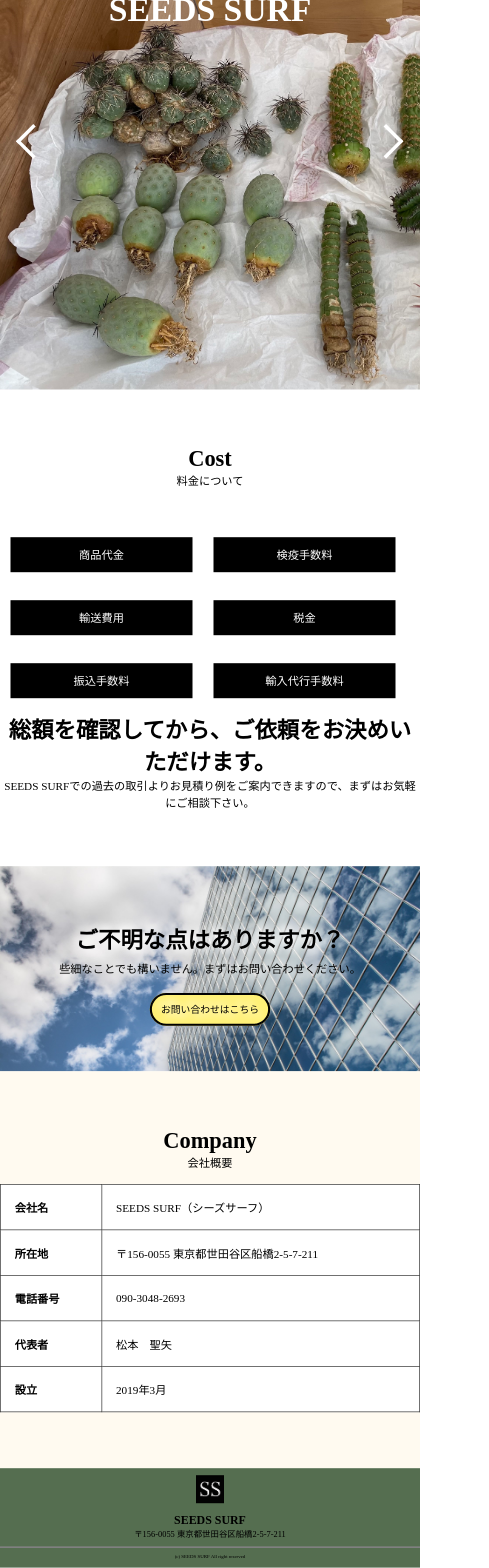
Repository: Seiya00002/seeds-surf-lp
Page: index.html
The author's editor kept a copy of each file at every save. The page is drawn from the files as they stood at one save, then again after the next save.
The browser window is 600 px wide. The page is 698 px wide, so the pictures cover 698 px, including what lies to the right of the window. The pictures show the part of the page from y = 2508 to 4748 px (the page is 4748 px tall before and 4728 px after), at 70% of full size.

Above is the page before, as saved 2023-07-19 10:15:12.

### index.html
<!DOCTYPE html>
<html lang="ja">
<head>
    <meta charset="UTF-8">
    <meta http-equiv="X-UA-Compatible" content="IE=edge">
    <meta name="viewport" content="width=device-width, initial-scale=1.0,
    minimum-scale=1, maximum-scale=1, user-scalable=no">
    <title>輸入代行SEEDS SURF</title>
    <link rel="stylesheet" href="css/style.css">
</head>
<body>
    <header>
        <div class="header_left">
            <img src="img/sslogo.jpg"
                alt="logo"
                width="40"
                height="40"
                class="logo">
            <h1>植物専門・輸入代行</h1>

        </div>
        <!-- <div class="header_right">
            <img src="img/tel_logo.png"
                alt="tel_logo"
                width="35"
                height="35"
                class="tel_logo">
            <div class="header_contact">
                <h2>090-3048-2693</h2>
                <p>（平日9:00 ~ 18:00）</p>
            </div>
        </div> -->
    </header>

    <main>
        <div class="top_wrapper">
            <div class="container">
                <div class="hero_message">
                    <div class="calculation-app">
                        <h2>お見積り計算シュミレーション</h2>

                            <p>仕入れ先の地域を選択して下さい。</p>
                            <form name="form1">
                                <select name="place">
                                    <option value="1.3">北米</option>
                                    <option value="1.2">ヨーロッパ</option>
                                    <option value="1">アジア</option>
                                </select>
                            </form>

                            <p>箱のサイズの予想を選択して下さい。</p>
                            <form name="form2">
                                <select name="box">
                                    <option value="18350">15kg</option>
                                    <option value="13350">10kg</option>
                                    <option value="8150">5kg</option>
                                </select>
                            </form>
                            <p>およその商品代金を入力して下さい。</p>
                            <label>￥</label><input
                            type="text"
                            id="price"
                            value=""
                            placeholder="金額を入力して下さい"
                            maxlength="7"
                            size="19"
                            ></label>

                            <br>
                            <br>
                            <div class="btn-box">
                                <button id="button">計算Go!!</button>
                            </div>
                    </div>
                </div>
            </div>
        </div>


        <!-- 見積り表 -->
    <div id="estimate_table" class="estimate_wrapper">
        <div class="container">
            <h3>予想お見積り表</h3>
            <table align="center" class="estimate">
                <tr>
                    <th>商品代金</th>
                    <td>¥<span id="span2"></span></td>
                </tr>
                <tr>
                    <th>検疫手数料</th>
                    <td>¥<span id="span3"></span></td>
                </tr>
                <tr>
                    <th>送料</th>
                    <td>¥<span id="span4"></span></td>
                </tr>
                <tr>
                    <th>弊社代行手数料</th>
                    <td>¥<span id="span5"></span></td>
                </tr>
                <tr>
                    <th>海外送金手数料</th>
                    <td>¥<span id="span6"></span></td>
                </tr>
                <tr>
                    <th>税金</th>
                    <td>¥<span id="span7"></span></td>
                </tr>
                <tr>
                  <th class="total">合計</th>
                  <th class="total">¥<span id="span1"></span></th>
              </tr>
            </table>
            <h4>詳しくは下記の「Cost」欄をご覧下さい。</h4>
        </div>
    </div>
        <div class="top_message">
            <div class="container">
                <div class="message">
                    <h1>植物専門の輸入代行とは</h1>
                    <p><img class="check" src="./img/check_icon.png"> 観葉植物などで検疫やワシントン条約に関わる特殊なお手続きを代行いたします。
                        <br><img class="check" src="./img/check_icon.png"> 言語や情報の壁のある現地業社との交渉から購買代行ご対応いたします。
                        <br><img class="check" src="./img/check_icon.png"> 仕入れ先の現地優良業社をご紹介いたします。
                    </p>

                </div>
            </div>
        </div>

        <div class="project_wrapper">
            <div class="container">
                <div class="projects">
                    <div class="project">
                        <div class="project_icon">
                            <img src="img/project_imag1.jpg">
                            <h2>「迅速・柔軟サービス」</h2>
                        </div>
                        <p class="text_contents">フットワークの軽いスタッフが、柔軟にお客様のご要望にご対応いたします。大変な植物の特殊なお手続きを出来る限りスムーズなお取引きを実現いたします。</p>

                    </div>
                    <div class="project">
                        <div class="project_icon">
                            <img src="img/pro_airport.jpg">
                            <h2>「全世界対応」</h2>
                        </div>
                        <p class="text_contents">全地域の現地業社との交渉、購買手続きにご対応いたします。</p>

                    </div>
                    <div class="project">
                        <div class="project_icon">
                            <img src="img/project_img3.jpg">
                            <h2>「現地企業のご紹介サービス」</h2>
                        </div>
                        <p class="text_contents">私たちは信頼出来る優良な業者様とお付き合いがございます。お取引き業者をお持ちでない方も、今すぐ輸入事業を始めることが出来ます。</p>
                    </div>
                        <div class="clear"></div>

                </div>
            </div>
        </div>
        <div class="service_wrapper">
            <div class="container">
                <div class="service_heading">
                    <h1>Frow</h1>
                    <p>輸入取引の流れ</p>
                </div>
                <div class="step">
                    <img src="img/person_img.png"
                    class="step_icon">
                    <div class="step_cont">
                        <h2>Step 1</h2>
                        <p>現地企業交渉</p>
                    </div>
                </div>
                <img src="img/down_img.png" class="step_icon2">

                <div class="step">
                    <img src="img/cal_img.png"
                    class="step_icon">
                    <div class="step_cont">
                        <h2>Step 2</h2>
                        <p>お見積り</p>
                    </div>
                </div>
                <img src="img/down_img.png" class="step_icon2">

                <div class="step">
                    <img src="img/bank_img.png"
                    class="step_icon">
                    <div class="step_cont">
                        <h2>Step 3</h2>
                        <p>お支払い</p>
                    </div>
                </div>
                <img src="img/down_img.png" class="step_icon2">
                <div class="step">
                    <img src="img/airp_imag.png"
                    class="step_icon">
                    <div class="step_cont">
                        <h2>Step 4</h2>
                        <p>発送</p>
                    </div>
                </div>
                <img src="img/down_img.png" class="step_icon2">
                <div class="step">
                    <img src="img/drivery_img.png"
                    class="step_icon">
                    <div class="step_cont">
                        <h2>Step 5</h2>
                        <p>お受取り</p>
                    </div>
                </div>
            </div>
        </div>

        <!-- スライドショー -->
        <div class="slide_wrapper">
            <div id="slide" class="slideshow">
                <p class="disc">SEEDS SURF</p>
                <a class="arrow next" id="right" href="#"></a>
                <a class="arrow back" id="left" href="#"></a>
            </div>
        </div>

        <div class="cost_wrapper">
            <div class="container">
                <div class="cost_heading">
                    <h1>Cost</h1>
                    <p>料金について</p>
                </div>
                <div class="cost_cont">
                    <div class="list01">
                        <p>商品代金</p>
                    </div>
                    <div class="list01">
                        <p>検疫手数料</p>
                    </div>
                    <div class="list01">
                        <p>輸送費用</p>
                    </div>
                    <div class="list02">
                        <p>税金</p>
                    </div>
                    <div class="list02">
                        <p>振込手数料</p>
                    </div>
                    <div class="list02">
                        <p>輸入代行手数料</p>
                    </div>
                    <!-- <div class="clear"></div> -->
                </div>
                <div class="cost_message">
                    <h1>総額を確認してから、ご依頼をお決めいただけます。</h1>
                    <p>SEEDS SURFでの過去の取引よりお見積り例をご案内できますので、まずはお気軽にご相談下さい。</p>
                </div>
            </div>
        </div>
        <div class="contact_wrapper">
            <div class="container">
                <h1>ご不明な点はありますか？</h1>
                <p>些細なことでも構いません。まずはお問い合わせください。</p>
                <a href="https://seeds-surf.com/%e3%81%8a%e5%95%8f%e3%81%84%e5%90%88%e3%82%8f%e3%81%9b/" class="btn contact">お問い合わせはこちら</a>
                <!-- <h2>TEL : 090-3048-2693</h2> -->
                <!-- <p>メールフォームよりお問い合わせ下さい。<br>営業時間：平日10：00〜19：00</p> -->
            </div>
        </div>
        <div class="company_wrapper">
            <div class="container">
                <h1>Company</h1>
                <p>会社概要</p>
                <table align="center" class="company">
                    <tr>
                        <th>会社名</th>
                        <td>SEEDS SURF（シーズサーフ）</td>
                    </tr>
                    <tr>
                        <th>所在地</th>
                        <td>〒156-0055 東京都世田谷区船橋2-5-7-211</td>
                    </tr>
                    <tr>
                        <th>電話番号</th>
                        <td>090-3048-2693</td>
                    </tr>
                    <tr>
                        <th>代表者</th>
                        <td>松本　聖矢</td>
                    </tr>
                    <tr>
                        <th>設立</th>
                        <td>2019年3月</td>
                    </tr>
                </table>
            </div>
        </div>


    </main>

    <footer>
        <div class="container">
                <img src="img/sslogo.jpg"
                    alt="logo"
                    width="40"
                    height="40"
                    class="logo">
                <h1>SEEDS SURF</h1>
                <p>〒156-0055 東京都世田谷区船橋2-5-7-211</p>
                <hr color="gray">
                <small>(c) SEEDS SURF All right reserved</small>
        </div>
    </footer>

    <script src="./app.js"></script>
</body>
</html>

### css/style.css
/* all */
*{
    box-sizing: border-box;
    margin: 0;
    padding: 0;
}

h1 {
    font-family: 'Times New Roman', Times, serif;

}

h2 ,h3 ,p {
    font-family: 'Hiragino Sans';

}
/* header */

header {
    height: 70px;
    display: flex;
    align-items: center;
    position: absolute;
}

.header_left {
    display: flex;
}

.header_right {
    display: flex;
    margin: 0 0 0 auto;
}

.logo {
    margin: 10px 10px;
}

.tel_logo {
    margin: 20px 10px;
}

header h1 {
    font-size: 23px;
    padding: 18px 10px;
    font-weight: 500px;
    text-shadow: 6px 6px 10px white, -6px -6px 10px white;

}

header h2 {
    font-size: 21px;
    padding: 15px 10px 0 0;
}

header p {
    padding-bottom: 10px;
}
.container {
    text-align: center;
    width: 100%;
}

/* main */

/* top */
.top_wrapper {
    color: white;
    width: 100%;
    height: auto;
}

.hero_message {
    background-image: url(../img/cream-spike.jpg);
    background-size: cover;

    font-size: 15px;
    color: black;
    height: 660px;
    min-width:100%;
    font-weight: bold;
    display: flex;
    justify-content: center;
    align-items: center;
    line-height: 2.5em;
}

.calculation-app {
    background: rgb(255, 255, 255,0.5);
    padding: 70px;
    border-radius: 10%;
}

.hero_message h2 {
    padding-bottom: 30px;
}

.top_message {
    background-color: rgb(85, 110, 80);
    color: white;
    padding: 30px 0;
}

.top_message p {
    padding-top: 20px;
    font-size: 17px;
    line-height: 1.6rem;
}

.check {
    width: 16px;
    height: 16px;
}

/* project_wrapper */
.project_wrapper {
    margin-bottom: 80px;
}

.project {
    float: left;
    width: 33%;
    padding: 20px 10px 20px 10px;
    height: 300px;

}

.project_icon {
    position: relative;

}

.project_icon h2 {
    position: absolute;
    top: 80px;
    width: 100%;
    color: white;
    font-weight: normal;

}

.clear {
    clear: left;
}

/* service_wrapper */
.service_wrapper {
    background-color: #fffaf0;
    padding: 80px 0;
}

.service_heading {
padding-bottom: 50px;
}

.step {
    display: flex;
    justify-content: center;
    align-items: center;
    padding: 20px 0;

}

.step_cont {
    padding-left: 50px;
}

.step_icon {
    width: 70px;
    height: 70px;

}

.step_icon2 {
    width: 15px;
    height: 15px;

}

.step h2 {
    font-size: 14px;
}

.step p {
    font-size: 20px;
    padding-top: 13px;
}

/* cost_wrapper */
.cost_wrapper {
    padding: 80px 0;
}

.cost_cont {
    padding-top: 50px;
    width: 650px;
    margin: 0 auto;
    flex-wrap: wrap;
    display: flex;

}


.list01 {
    background-color: black;
    width: 180px;
    height: 50px;
    color: white;
    margin: 20px 15px;
    justify-content: center;
    padding-top: 12px;

}

.list02 {
    background-color: black;
    width: 180px;
    height: 50px;
    color: white;
    margin: 20px 15px;
    justify-content: center;
    padding-top: 12px;


}



/* contact_wrapper */
.contact_wrapper {
    background-image: url(../img/sky&office_img.jpeg);
    padding: 80px 0;
    background-size: cover;
    text-shadow: 6px 6px 10px white, -6px -6px 10px white;
    font-weight: 530;
}


.contact_wrapper p {
    padding:8px 0 35px 0;
}

.btn {
    width: 180px;
    height: 35px;
    padding: 13px;
    font-size: 14px;
    color: black;
    background-color:#fff176;
    border: black solid;
    border-radius: 24px;
    user-select: none;
    cursor: pointer;
    text-decoration: none;
}

.btn:hover {
    opacity: .7;
}

.contact_wrapper h2 {
    padding-top: 35px;
}

/* company_wrapper */
.company_wrapper {
    padding: 80px 0;
    background-color: #fffaf0;

}

.company_wrapper p {
    padding-bottom: 20px;
}

table.company {
    border-collapse: collapse;
    width: 600px;
    background-color: white;
    margin: auto;
}

th, td {
    border: solid 1px #333;
    padding: 20px;
}

.company th,td {
    text-align: left;
}


/* footer */

footer {
    background-color: rgb(85, 110, 80);
    color: black;
    padding-bottom: 10px;

}

footer h1 {
    font-size: 17px;
}

footer p {
    font-size: 12px;
    padding-bottom: 10px;
}
small {
    font-size: 7px;

}


/* slideshow 追加 */
.slide_wrapper{
    max-width: 1200px;
    height: 600px;
    margin: auto;
    text-align: center;
}
/*画像配置*/
.slideshow{
    max-width: 100%;
    height: 100%;
    background-image: url(../img/import-img1.jpg);
    background-repeat: no-repeat;
    background-size: cover;
    background-position: 0% 50%;/*左 中央のよせ*/
}
/*文字*/
.disc{
    margin: auto;
    text-align: center;
    font-size: 3em;
    color: #ffffff;
    font-weight: 800;
    padding-top:5%;
}
/*>*/
.next{
    float: right;
    top: 160px;
    right: 50px;
}
/*<*/
.back{
    float: left;
    top: 160px;
    bottom: 0px;
    left: 30px;
}
/*矢印のデザイン*/
.arrow{
    position: relative;
    display: inline-block;
    padding: 0 0 0 16px;
    color: #000;
    vertical-align: middle;
    text-decoration: none;
    font-size: 15px;
}
.arrow::before,
.arrow::after{
    position: absolute;
    top: 0;
    bottom: 0;
    left: 0;
    margin: auto;
    content: "";
    vertical-align: middle;
}

.next::before{
    left: 0px;
    width: 30px;
    height: 30px;
    border-top: 5px solid rgb(255, 255, 255);
    border-right: 5px solid rgb(255, 255, 255);
    -webkit-transform: rotate(45deg);
    transform: rotate(45deg);
}
.back::before{
    left: 0px;
    width: 30px;
    height: 30px;
    border-bottom: 5px solid rgb(255, 255, 255);
    border-left: 5px solid rgb(255, 255, 255);
    -webkit-transform: rotate(45deg);
    transform: rotate(45deg);
}
/* CSSアニメーションの指定 */
.slideshow{
    transition: background-image 1s ease-in;
}

/* 計算シュミレーション追加 */
.btn-box button {
    width: 180px;
    height: 35px;
    padding: 6px;
    font-size: 14px;
    color: black;
    background-color:#fff176;
    border: black solid;
    border-radius: 24px;
    user-select: none;
    cursor: pointer;
  }

  .btn-box button:hover {
    opacity: .7;
  }


/* 見積り表追加 */
.estimate_wrapper {
    display: none;
    background-color: #fffaf0;
    padding: 40px 0;
}
.estimate_wrapper h3 {
    padding-bottom: 20px;
}
.estimate_wrapper h4 {
    padding-top: 20px;
}

table.estimate {
    border-collapse: collapse;
    width: 450px;
    background-color: white;
    margin: auto;
}

.estimate th{
    padding: 15px 20px;
    text-align: center;
}

.estimate td{
    text-align: center;
}

th.total {
    background: rgb(224, 224, 224);
}

.estimate_wrapper.appear {
    display: block;
    animation: .5s fadeIn;
  }

  @keyframes fadeIn {
    0% {
      opacity: 0;
      transform: translateY(-10px);
    }
    100% {
      opacity: 1;
      transform: none;
    }
  }

/* レスポンシブ */
  @media (max-width: 670px) {
    .project {
        width: 100%;
    }
    .cost_cont h2 {
        width: 50%;
    }
    .list01 {
        width: 40%;
    }
    .list02 {
        width: 40%;
    }

}
@media (max-width: 1000px) {
    .project {
        width: 50%;
    }
}

### app.js
// スライドショー機能
window.onload =
function (){

    let images = [
        'url(./img/import-img1.jpg)',
        'url(./img/import-img2.jpg)',
        'url(./img/import-img3.jpg)'
    ]

    let target = document.querySelector('#slide');
    let right = document.querySelector('#right');
    let left = document.querySelector('#left');

    // 画像カウンター表示
    let count = 0;

    function change(){
        target.style.backgroundImage = images[count];
        if( count == 2){
            count = 0;
        } else {
            count++;
        }
    }

    function goNext(event) {
        event.preventDefault();
        change();
    }

    function goBack(event) {
        event.preventDefault();
        if( count == 0){
            count = 2;
        } else {
            count--;
        } change();
    }

    right.addEventListener( 'click', goNext, false);
    left.addEventListener( 'click', goBack, false);


setInterval(change, 3000);


// 計算シュミレーションapp

let button = document.getElementById("button");
button.onclick = clickBtn1;

function clickBtn1(){

    const place = document.form1.place;
    const box = document.form2.box;
    const price = document.getElementById('price');

    // 値(数値)を取得
    const num = place.selectedIndex;
    const boxnum = box.selectedIndex;
    console.log(boxnum);

    // 値(数値)から値(value値)を取得
    let region = place.options[num].value;
    let boxPrice = box.options[boxnum].value;
    let plantsPriceString = price.value;

    let plantsPrice = parseInt(plantsPriceString, 10); // plantsPriceStringを数値に変換

    const phyto = 10000;
    let argent = plantsPrice * 0.2;
    let boxCalc = boxPrice*region

    let boxPriceValue = parseInt(boxCalc, 10);

    let sendingMoneyNum = (plantsPrice + boxPriceValue) * 0.0073;
    let sendingMoney = Math.round(sendingMoneyNum);
    let tax = plantsPrice * 0.07;

    let taxValue = parseInt(tax, 10);
    let sendingMoneyNumValue = parseInt(sendingMoney, 10);


    let estimateNum = ( region * boxPrice) + (plantsPrice *0.2) + phyto + plantsPrice + sendingMoneyNumValue + taxValue;
    let plantsValue = plantsPrice.toLocaleString();
    let phytoFee = phyto.toLocaleString();
    let boxFee = boxPriceValue.toLocaleString();
    let argentFee = argent.toLocaleString();
    let sendingMoneyFee = sendingMoney.toLocaleString();
    let taxFee = tax.toLocaleString();
    let estimate = estimateNum.toLocaleString();

    document.getElementById("span1").textContent = estimate;
    document.getElementById("span2").textContent = plantsValue;
    document.getElementById("span3").textContent = phytoFee;
    document.getElementById("span4").textContent = boxFee;
    document.getElementById("span5").textContent = argentFee;
    document.getElementById("span6").textContent = sendingMoneyFee;
    document.getElementById("span7").textContent = taxFee;

  }

// 見積り表示切り替え

const btn = document.getElementById('button')
btn.addEventListener('click', () => {
    const estimate_table = document.getElementById('estimate_table');
    const priceForm = document.getElementById('price');

    if(priceForm.value ===''){
        window.alert('金額を入力して下さい。');
    } else {

    estimate_table.classList.toggle('appear');

    }

    if (btn.textContent == "計算Go!!") {
      btn.textContent = "閉じる";
    } else {
      btn.textContent = "計算Go!!";
    }
  });

};

After the next save:
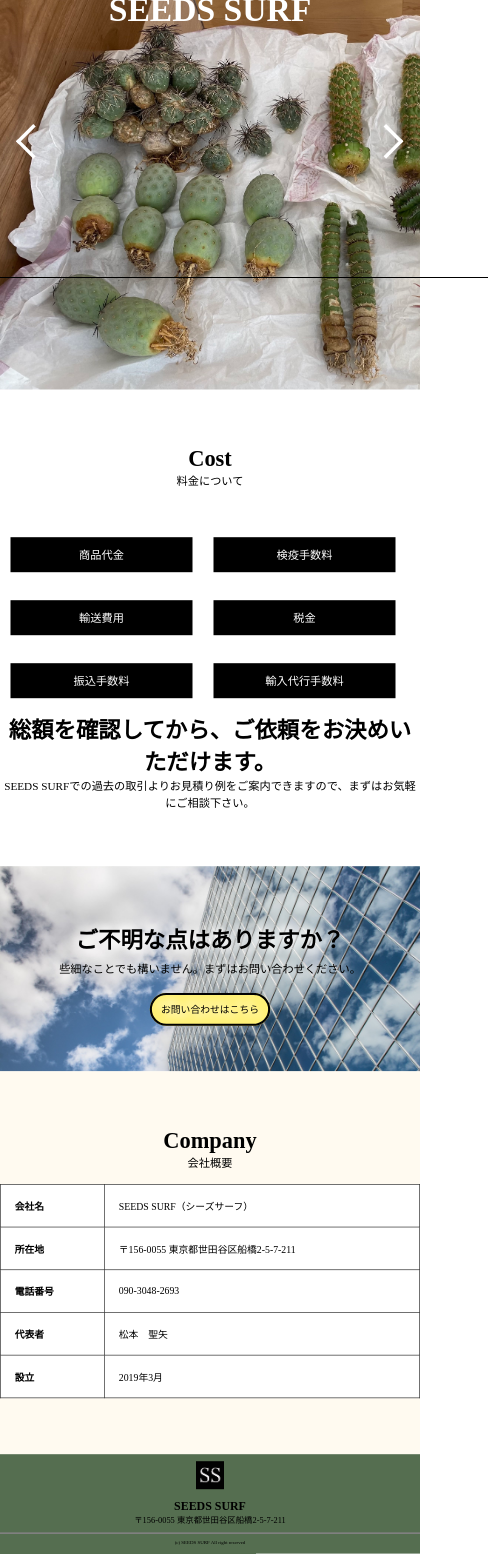
Saved 116 s later.
--- a/css/style.css
+++ b/css/style.css
@@ -477,6 +477,10 @@ th.total {
     .list02 {
         width: 40%;
     }
+    .company {
+        width: 600px;
+        font-size: 14px;
+    }
 
 }
 @media (max-width: 1000px) {
